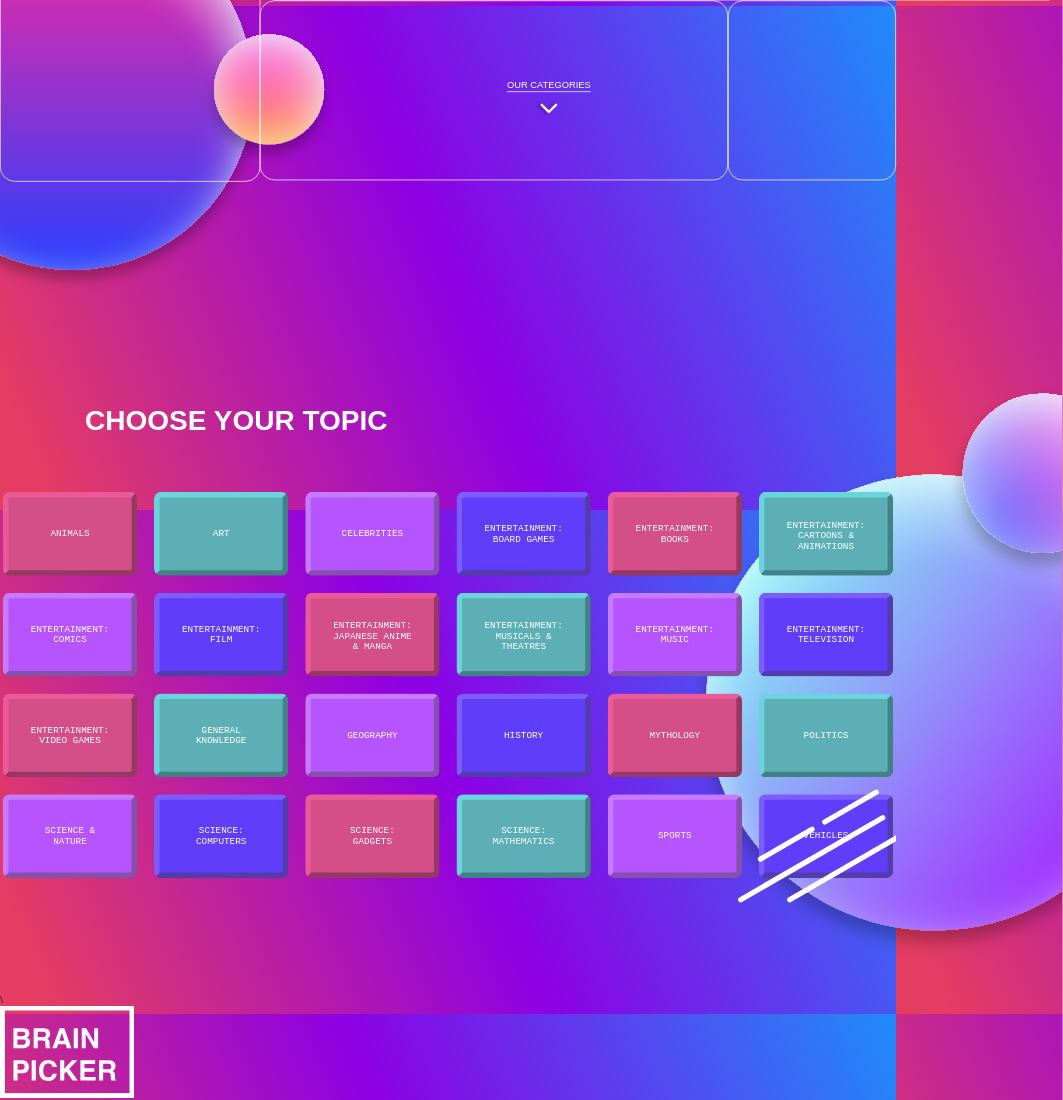
Repository: pjiang604/COMP-2170_Final-Project
Page: index.html
An editor plug-in stored every save of this project. The page is shown before and after the next save, followed by the edit.
The browser window is 1280 px wide. The page is 1518 px wide, so the pictures cover 1518 px, including what lies to the right of the window. The pictures show the part of the page from y = 712 to 2352 px (the page is 2284 px tall before and 2352 px after), at 70% of full size.
Backgrounds fixed to the window are drawn as part of the page.

Above is the page before, as saved 2023-04-30 14:05:26.

### index.html
<!DOCTYPE html>
<html lang="en">
  <head>
    <meta charset="UTF-8">
    <meta http-equiv="X-UA-Compatible" content="IE=edge">
    <meta name="viewport" content="width=device-width, initial-scale=1.0">
    <link rel="stylesheet" href="style.css">
    <title> Brain Picker </title>
    <script src="/easy.js"></script>
    <script src="/medium.js"></script>
    <script src="/hard.js"></script>
  </head>
  <body>
    <div class="container">
      <div class="graphic__left">
        <img class="bottom__left_sphere" src="/Assets/bg_graphics/bottom_left_sphere_group.svg" alt="">
        <img class="left__shooting_star" src="/Assets/bg_graphics/shooting_star_left.svg" alt="">
      </div>
      <div class="left__containers">
        <div class="left__container_top"></div>
        <div class="left__container_bottom"></div>
      </div>
      <div class="quiz__container">
        <div class="left__content">
          <h1> BRAIN PICKER </h1>
          <p> Explore your knowledge with our engaging and thought-provoking trivia questions covering various fascinating topics! </p>
        </div>
        <div class="right__content">
          <div class="graphics">
            <img class="shooting__star_top" src="/Assets/bg_graphics/shooting_star_alt.svg" alt="">
            <img class="top__right_sphere" src="/Assets/bg_graphics/top_right_sphere_group.svg" alt="">
            <img class="star__right" src="/Assets/bg_graphics/shooting_star_right.svg" alt="">
          </div>
          <div class="quiz__button">
            <a href="#">
              <button class="take__quiz_button"> TAKE OUR QUIZ </button>
              <img class="quiz__arrow" src="/Assets/buttons/arrow-head.svg" alt="">
            </a>
          </div>
        </div>
      </div>
    </div>
    <div class="bottom__containers">
      <div class="bottom__container_left">
        <a href="#">
          <button class="categories__button"> OUR CATEGORIES </button>
        </a>
        <img class="categories__arrow" src="/Assets/buttons/arrow-head.svg" alt="" width="30px">
      </div>
      <div class="bottom__container_right"></div>
    </div>

    <div class="categories__section">
      <h1 class="topics_header">CHOOSE YOUR TOPIC</h1>

      <div class="categories_container">
        <button class='topic_button1' id="animals">animals</button>
        <button class='topic_button2' id="art">art</button>
        <button class='topic_button3' id="celebrities">celebrities</button>
        <button class='topic_button4' id="board_games">entertainment: board games</button>
        <button class='topic_button1' id="books">entertainment: books</button>
        <button class='topic_button2' id="cartoons_animations">entertainment: cartoons & animations</button>
        <button class='topic_button3' id="comics">entertainment: comics</button>
        <button class='topic_button4' id="film">entertainment: film</button>
        <button class='topic_button1' id="japanese_anime">entertainment: japanese anime & manga</button>
        <button class='topic_button2' id="musicals_theatre">entertainment: musicals & theatres</button>
        <button class='topic_button3' id="music">entertainment: music</button>
        <button class='topic_button4' id="television">entertainment: television</button>
        <button class='topic_button1' id="video_games">entertainment: video games</button>
        <button class='topic_button2' id="general_knwoledge">general knowledge</button>
        <button class='topic_button3' id="geography">geography</button>
        <button class='topic_button4' id="history">history</button>
        <button class='topic_button1' id="mythology">mythology</button>
        <button class='topic_button2' id="politics">politics</button>
        <button class='topic_button3' id="science_nature">science & nature</button>
        <button class='topic_button4' id="computers">science: computers</button>
        <button class='topic_button1' id="gadgets">science: gadgets </button>
        <button class='topic_button2' id="mathematics">science: mathematics</button>
        <button class='topic_button3' id="sports">sports</button>
        <button class='topic_button4' id="vehicles">vehicles</button>
      </div>
      <div class="graphics_bottom">
        <img class="shooting__star_top" src="/Assets/bg_graphics/shooting_star_alt.svg" alt="">
        <img class="bottom_right_sphere" src="/Assets/bg_graphics/bottom_right_sphere_group.svg" alt="">
        <img class="star__right" src="/Assets/bg_graphics/shooting_star_right.svg" alt="">
      </div>
    </div>

  </body>
  <footer>
    <div class="footer_container">\
      <div class="logo_container">
        <img class="brain_picker_logo" src="/Assets/logo/brain_picker_logo.svg" alt="">
      </div>


    </div>
  </footer>
</html>

### style.css
:root {
	--primary-font: Arial, Helvetica, sans-serif;
	--secondary-font: 'Courier New', Courier, monospace;
	--font-weight-general: normal;
	--font-weight-light: 100;
	--font-weight-bold: bold;
	--font-size-body: 12pt;
	--font-size-heading: 30pt;
	--font-size-sub-heading: 22pt;

	--white: #fff;
	--black: #000000;
	--crimson: #d44f88;
	--crimson-2:#ea5a99;
	--teal:#5CAFB5;
	--teal-2:#6ad3db;
	--indigo:#603CFB;
	--indigo-2:#7a5cff;
	--purple: #B654FF;
	--purple-2:#c57aff;
}

h1 {
	font-size: var(--font-size-heading);
	font-weight: var(--font-weight-bold);
	font-family: var(--primary-font);
}

h2 {
	font-size: var(--font-size-sub-heading);
	font-weight: var(--font-weight-bold);
	font-family: var(--primary-font);
}

p {
	font-size: var(--font-size-body);
	font-weight: var(--font-weight-general);
	font-family: var(--primary-font);
}

* {
	margin: 0;
}

body {
	/* Linear gradient bg */
	background: linear-gradient(247.38deg, #2189FA 0.96%, #8D00E4 50.19%, #E53D62 95.42%);
	min-height: 2000px;
	background-attachment: fixed;
	background-position: center;
	background-repeat: no-repeat;
	background-size: cover;
	max-width: 100%;
}

/**Main container**/
.container {
	display: flex;
}

.bottom__left_sphere {
	position: absolute;
	width: 30rem;
	top: 35rem;
	z-index: -1;
}

.left__shooting_star {
	width: 17rem;
	position: absolute;
	top: 21rem;
}

/**Left containers**/
.left__container_top {
	box-sizing: border-box;
	display: flex;
	width: 372px;
	height: 334px;
	border: 0.25px solid #FFFFFF;
	border-radius: 21px;
}

.left__container_bottom {
	box-sizing: border-box;
	display: flex;
	width: 372px;
	height: 637px;
	border: 0.25px solid #FFFFFF;
	border-radius: 21px;
}

/**Bottom containers**/
.bottom__containers {
	display: flex;
	margin-top: -16.2rem;
	/* justify-content: end; */
	padding-left: 23.2rem;
}

.bottom__container_left {
	box-sizing: border-box;
	display: flex;
	width: 52.8rem;
	height: 257px;
	border: 0.25px solid #FFFFFF;
	border-radius: 21px;
}

.bottom__container_right {
	box-sizing: border-box;
	display: flex;
	width: 303px;
	height: 257px;
	border: 0.25px solid #FFFFFF;
	border-radius: 21px;
}

/**Quiz Section**/
.quiz__container {
	box-sizing: border-box;
	display: flex;
	width: 71.6rem;
	height: 44.5rem;
	border: 0.15px solid #FFFFFF;
	border-radius: 21px;
}

.shooting__star_top {
	position: absolute;
	right: 32rem;
	top: 2rem;
}

.top__right_sphere {
	display: flex;
	justify-content: end;
}

.star__right {
	display: flex;
	position: relative;
	float: right;
	bottom: 8rem;
}

.left__content {
	color: var(--white);
	width: 40rem;
	padding-left: 2.5rem;
	padding-top: 28rem;
}

.take__quiz_button {
	border: none;
	text-decoration: underline;
	text-underline-offset: 5px;
	color: var(--white);
	background: none;
	padding-left: 11rem;
	cursor: pointer;
}

.quiz__button>a {
	text-decoration: none;
}


.categories__button {
	border: none;
	text-decoration: underline;
	text-underline-offset: 5px;
	color: var(--white);
	background: none;
	padding-left: 22rem;
	padding-top: 7rem;
	cursor: pointer;
}

.categories__arrow {
	rotate: 90deg;
	margin-top: 2.5rem;
	position: absolute;
	left: 48rem;
	top: 50.5rem;
}

.bottom__container_left>a {
	text-decoration: none;
}


/** Topics Section **/
.categories__section{
	display: flex;
	flex-direction: column;
	align-items: left;
	justify-content: center;
	margin-top: 20rem;
}
.topics_header{
	color: var(--white);
	margin-left: 7.6rem;
}

.categories_container{
	font-family: var(--secondary-font);
	display: grid;
	grid-template-columns: 12rem 12rem 12rem 12rem 12rem 12rem;
	gap: 1.5rem;
	align-items: center;
	justify-content: center;
	padding-top: 5rem;
}

.topic_button1{
	font-family: var(--secondary-font);
	border-width: .5rem;
	height: 7.5rem;
    color: var(--white);
    border-radius: 0.656rem;
    background-color: var(--crimson);
    border-color: var(--crimson-2);
	padding: 2rem;
	text-transform: uppercase;

}

.topic_button2{
	font-family: var(--secondary-font);
	background-color: var(--teal);
	height: 7.5rem;
	color: var(--white);
	border-radius: 0.656rem;
	border-color: var(--teal-2);
	border-width: .5rem;
	text-transform: uppercase;
	padding: 2rem;
}
.topic_button3{
	font-family: var(--secondary-font);
	background-color:var(--purple);
	height: 7.5rem;
	color: var(--white);
	border-radius: 0.656rem;
	border-color:var(--purple-2);
	border-width: .5rem;
	text-transform: uppercase;
	padding: 2rem;
}
.topic_button4{
	font-family: var(--secondary-font);
	background-color:var(--indigo);
	height: 7.5rem;
	color: var(--white);
	border-radius: 0.656rem;
	border-color: var(--indigo-2);
	border-width: .5rem;
	text-transform: uppercase;
	padding: 2rem;
}

.bottom_right_sphere{
	position: absolute;
	width: 40rem;
	left: 54.80rem;
	top: 70rem;
	z-index: -1;
}

Loaded but not shown: easy.js (no stored copy; drawn as an empty file); medium.js (no stored copy; drawn as an empty file); hard.js (no stored copy; drawn as an empty file)

After the next save:
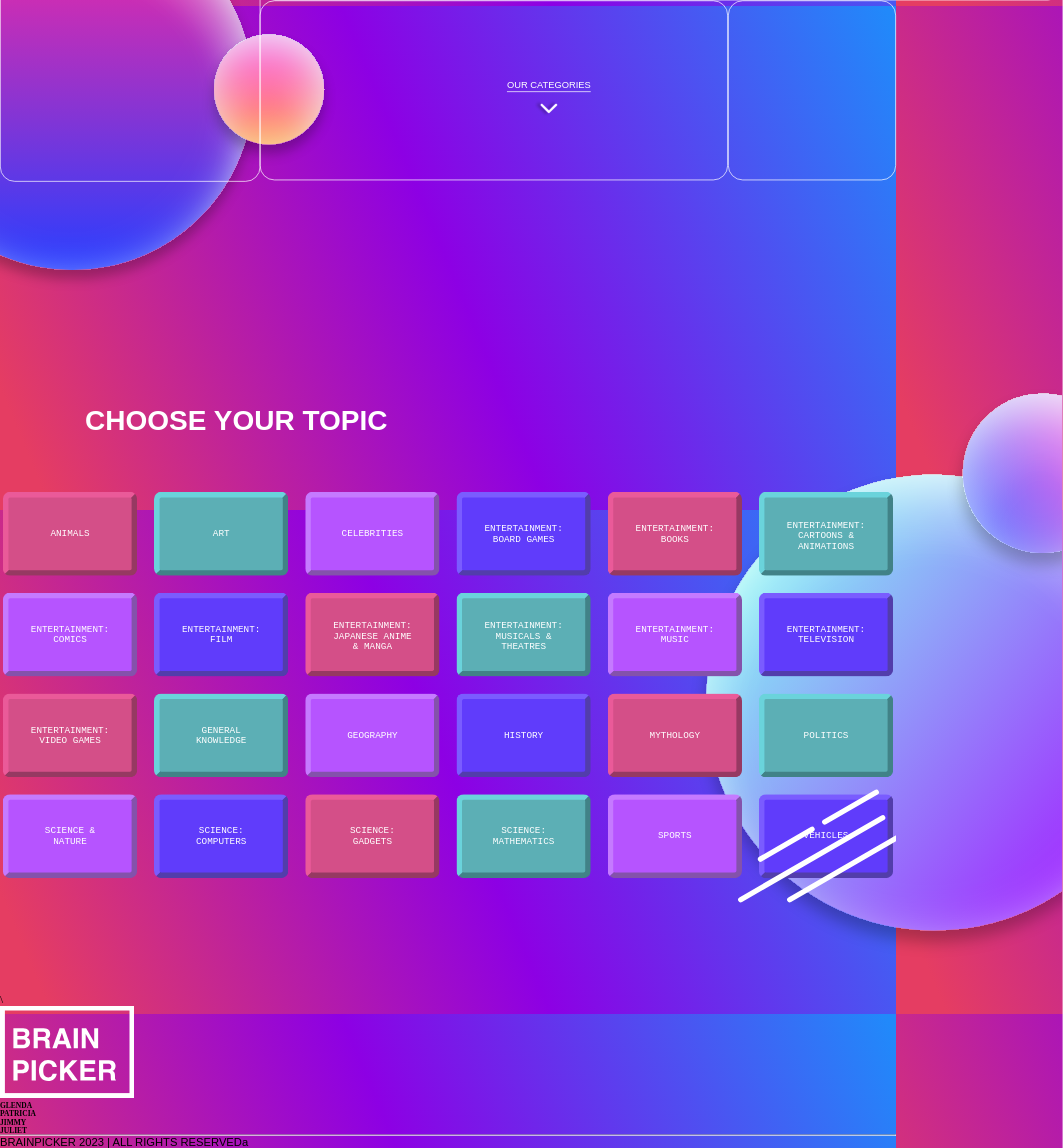
Saved 2 min 12 s later.
--- a/index.html
+++ b/index.html
@@ -92,7 +92,12 @@
       <div class="logo_container">
         <img class="brain_picker_logo" src="/Assets/logo/brain_picker_logo.svg" alt="">
       </div>
-
+      <h6>GLENDA</h6>
+      <h6>PATRICIA</h6>
+      <h6>JIMMY</h6>
+      <h6>JULIET</h6>
+      <hr>
+      <p>BRAINPICKER 2023 | ALL RIGHTS RESERVEDa</p>
 
     </div>
   </footer>
